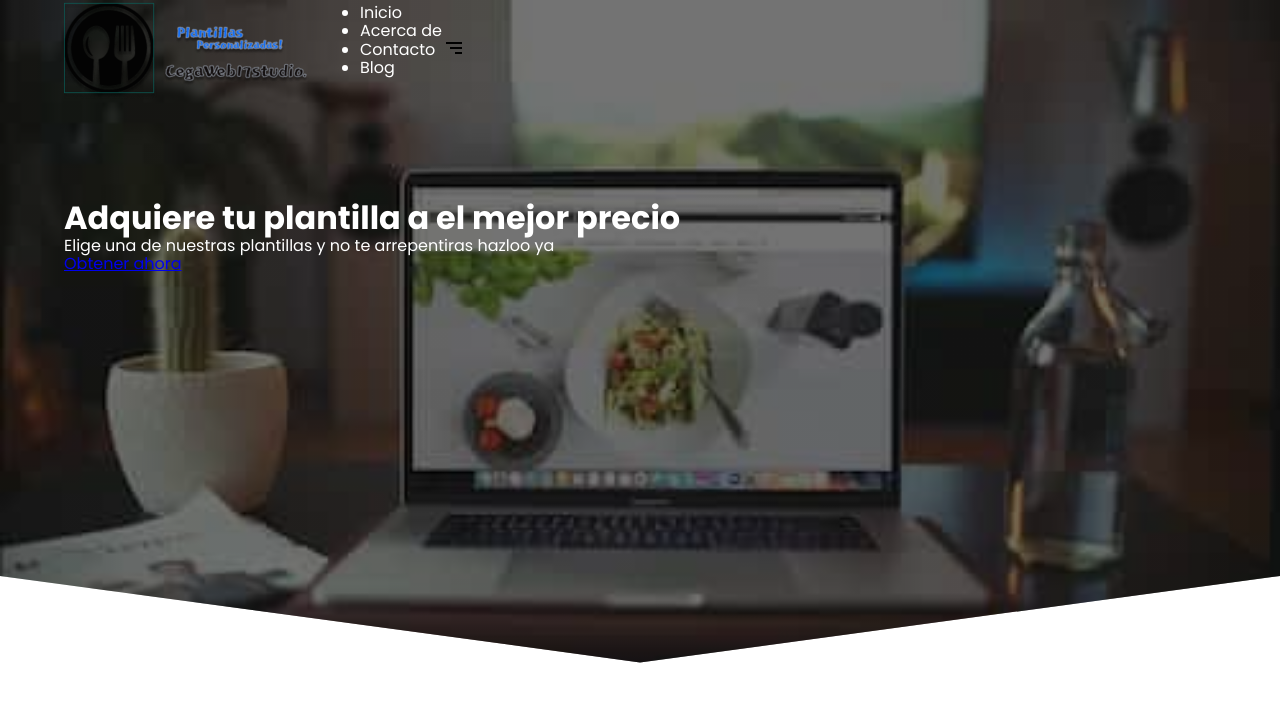
Repository: cega17/una-pagina-web
Page: index.html
The author's editor kept a copy of each file at every save. The page is drawn from the files as they stood at one save, then again after the next save.
The browser window is 1280 px wide. The pictures show the whole page.

Above is the page before, as saved 2023-10-28 19:30:40.

### index.html
<!DOCTYPE html>
<html lang="en">
<head>
    <meta charset="UTF-8">
    <meta http-equiv="X-UA-Compatible" content="IE=edge">
    <meta name="viewport" content="width=device-width, initial-scale=1.0">
    <title>Una pagina web</title>
    <link rel="stylesheet" href="./css/normalize.css">
    <link rel="stylesheet" href="./css/styles.css">
    <link rel="icon" href="./imgs/logo.ico">
    <meta name="theme-color" content="#2091F9">

    <meta name="title" content="Obten la plantilla para tu negocio">
    <meta name="description"
        content="Hola, somos un equipo de desarrollo web que verás cuando busques algo de mi temática en Google.">
        <meta property="og:type" content="website">
    <meta property="og:url" content="Tu cueta donde este alojada la pagina web">

</head>
<body>

    <header class="hero">
        <nav class="nav container">
            <div class="nav__logo">
                <img src="./imgs/logo.ico" alt="" class="nav__title">
            </div>

            <ul class="nav__link nav__link--menu">
                <li class="nav__items">Inicio</li>
                <li class="nav__items">Acerca de</li>
                <li class="nav__items">Contacto</li>
                <li class="nav__items">Blog</li>

                <img src="./imgs/close.svg" alt="" class="nav__close">

            </ul>
            <div class="nav__menu">
                <img src="./imgs/menu.svg" alt="" class="nav__img">
            </div>
        </nav>

        <section class="hero__container container">
            <h1 class="hero__title">Adquiere tu plantilla a el mejor precio</h1>
            <p class="hero__paragrph">Elige una de nuestras plantillas y no te arrepentiras hazloo ya</p>
            <a href="#" class="cta">Obtener ahora</a>

        </section>

    </header>

</body>
</html>

### css/styles.css
@import url('https://fonts.googleapis.com/css2?family=Poppins:wght@300;400;600;700&display=swap');

:root {
    --padding-container: 100px 0;
    --color-title: #001A49;
}

body {
    font-family: 'Poppins', sans-serif;
}
.container{
    width: 90%;
    max-width: 1200px;
    margin: 0 auto;
    overflow: hidden;
    padding: var(--padding-container);
}

.hero{

    width: 100%;
    height: 100vh;
    min-height: 600px;
    max-height: 800px;
    position: relative;
    display: grid;
    grid-template-rows: 100px 1fr;
    color: #fff;
}

.hero::before{
    content: "";
    position: absolute;
    top: 0;
    left: 0;
    width: 100%;
    height: 100%;
    background-image: linear-gradient(180deg, #0000008c 0%, #0000008c 100%), url('../imgs/fondo-una-pagina.jpg');
    background-size: cover;
    clip-path: polygon(0 0, 100% 0, 100% 80%, 50% 92%, 0 80%);
    z-index: -1;
}

/* Inicio de nav*/

.nav{
    --padding-container:0;
    height: 100%;
    display:flex;
    align-items: center;
}

### imgs/menu.svg
<svg xmlns="http://www.w3.org/2000/svg" width="24" height="24" viewBox="0 0 24 24" style="fill: #fff);transform: ;msFilter:;"><path d="M4 6h16v2H4zm4 5h12v2H8zm5 5h7v2h-7z"></path></svg>

Loaded but not shown: css/normalize.css (library); imgs/close.svg (no stored copy; drawn as an empty file)

After the next save:
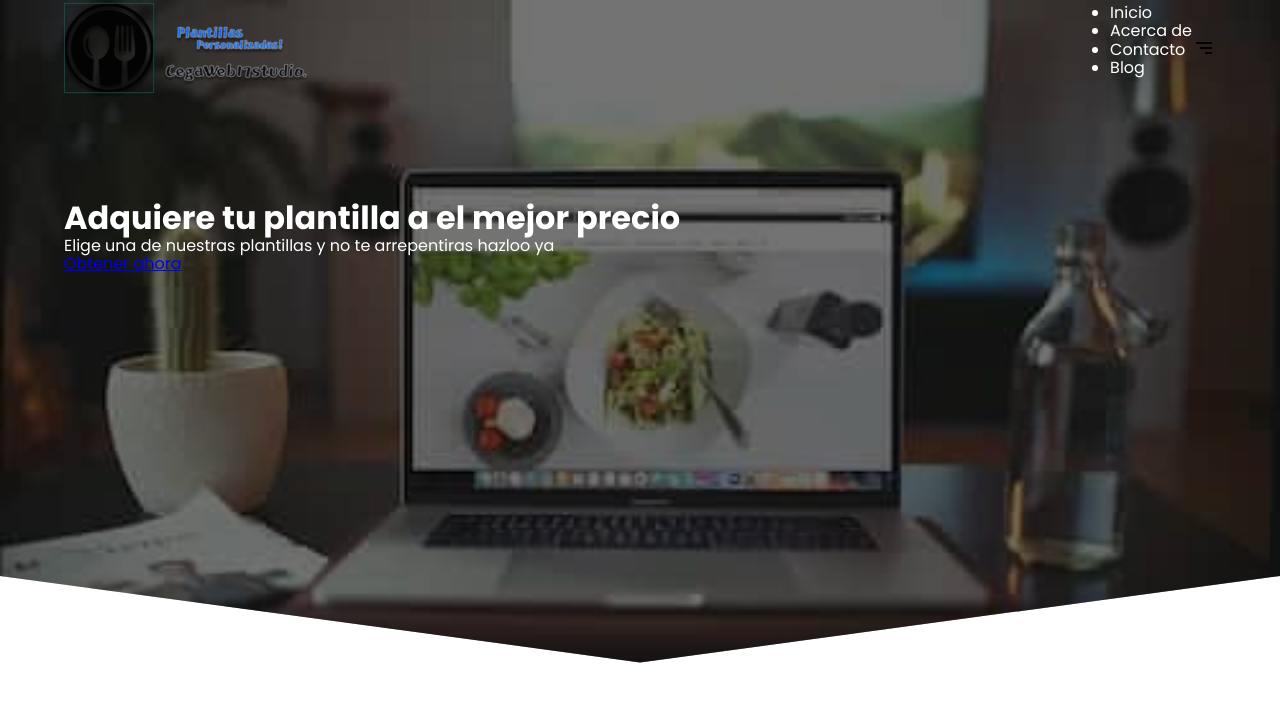
Saved 58 s later.
--- a/css/styles.css
+++ b/css/styles.css
@@ -49,3 +49,10 @@ body {
     display:flex;
     align-items: center;
 }
+.nav__title{
+    font-weight: 300;
+}
+
+.nav__link{
+    margin-left: auto;
+}
